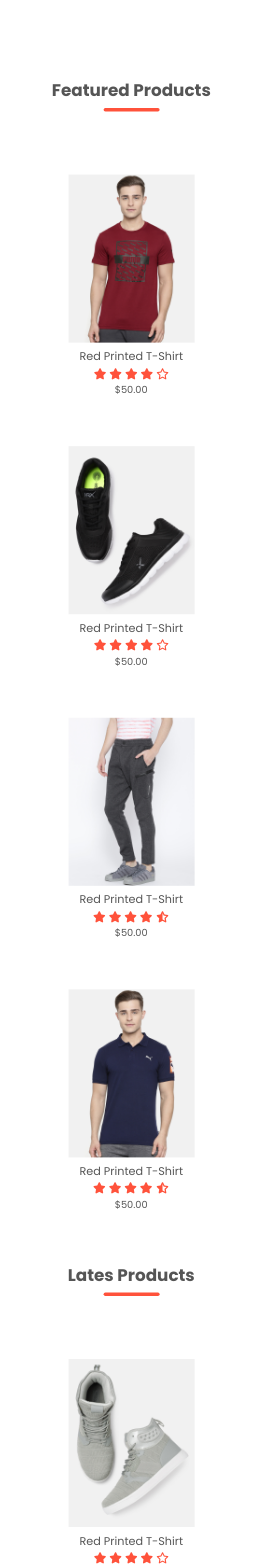
Repository: datvu1608/redsportstore
Page: index.html
An editor plug-in stored every save of this project. The page is shown before and after the next save, followed by the edit.
The browser window is 375 px wide. The pictures show the part of the page from y = 2168 to 4408 px (the page is 10574 px tall before and 12574 px after), at 70% of full size.

Above is the page before, as saved 2023-11-23 15:39:49.

### index.html
<!DOCTYPE html>
<html lang="en">
  <head>
    <meta charset="UTF-8" />
    <meta name="viewport" content="width=device-width, initial-scale=1.0" />
    <title>Restore | Ecommerce Website Design</title>
    <link
      href="https://fonts.googleapis.com/css2?family=Poppins:wght@300;400;500;600;700&display=swap"
      rel="stylesheet"
    />
    <link
      rel="stylesheet"
      href="https://cdnjs.cloudflare.com/ajax/libs/font-awesome/6.4.2/css/all.min.css"
    />
    <link rel="stylesheet" href="./styles.css" />
  </head>
  <body>
    <div class="header">
      <div class="container">
        <div class="navbar">
          <div class="logo">
            <img src="./images/logo.png" alt="" width="125px" />
          </div>
          <nav>
            <ul id="MenuItems">
              <li>
                <a href="#">Home</a>
              </li>
              <li>
                <a href="#">Products</a>
              </li>
              <li>
                <a href="#">About</a>
              </li>
              <li>
                <a href="#">Contact</a>
              </li>
              <li>
                <a href="#">Account</a>
              </li>
            </ul>
          </nav>
          <img
            src="./images/cart.png"
            width="30px"
            height="30px"
            alt="cart-icon"
          />
          <img
            src="./images/menu.png"
            class="menu-icon"
            alt=""
            onclick="menuToggle()"
          />
        </div>
        <div class="row">
          <div class="col-2">
            <h1>Give Your Workout <br />A New Style!</h1>
            <p>
              Succes isn't always about greatness. It's about consistency.
              Consistent hard work gains success. Greatness will come.
            </p>
            <a href="" class="btn">Explore Now &#8594;</a>
          </div>
          <div class="col-2">
            <img src="./images/image1.png" alt="" />
          </div>
        </div>
      </div>
    </div>
    <!-- featured categories -->
    <div class="categories">
      <div class="small-container">
        <div class="row">
          <div class="col-3">
            <img src="./images/category-1.jpg" alt="" />
          </div>
          <div class="col-3">
            <img src="./images/category-2.jpg" alt="" />
          </div>
          <div class="col-3">
            <img src="./images/category-3.jpg" alt="" />
          </div>
        </div>
      </div>
    </div>
    <!-- featured-products -->
    <div class="small-container">
      <h2 class="title">Featured Products</h2>
      <div class="row">
        <div class="col-4">
          <img src="./images/product-1.jpg" alt="" />
          <h4>Red Printed T-Shirt</h4>
          <div class="rating">
            <i class="fa-solid fa-star"></i>
            <i class="fa-solid fa-star"></i>
            <i class="fa-solid fa-star"></i>
            <i class="fa-solid fa-star"></i>
            <i class="fa-regular fa-star"></i>
          </div>
          <p>$50.00</p>
        </div>
        <div class="col-4">
          <img src="./images/product-2.jpg" alt="" />
          <h4>Red Printed T-Shirt</h4>
          <div class="rating">
            <i class="fa-solid fa-star"></i>
            <i class="fa-solid fa-star"></i>
            <i class="fa-solid fa-star"></i>
            <i class="fa-solid fa-star"></i>
            <i class="fa-regular fa-star"></i>
          </div>
          <p>$50.00</p>
        </div>
        <div class="col-4">
          <img src="./images/product-3.jpg" alt="" />
          <h4>Red Printed T-Shirt</h4>
          <div class="rating">
            <i class="fa-solid fa-star"></i>
            <i class="fa-solid fa-star"></i>
            <i class="fa-solid fa-star"></i>
            <i class="fa-solid fa-star"></i>
            <i class="fa-solid fa-star-half-stroke"></i>
          </div>
          <p>$50.00</p>
        </div>
        <div class="col-4">
          <img src="./images/product-4.jpg" alt="" />
          <h4>Red Printed T-Shirt</h4>
          <div class="rating">
            <i class="fa-solid fa-star"></i>
            <i class="fa-solid fa-star"></i>
            <i class="fa-solid fa-star"></i>
            <i class="fa-solid fa-star"></i>
            <i class="fa-solid fa-star-half-stroke"></i>
          </div>
          <p>$50.00</p>
        </div>
      </div>
      <h2 class="title">Lates Products</h2>
      <div class="row">
        <div class="col-4">
          <img src="./images/product-5.jpg" alt="" />
          <h4>Red Printed T-Shirt</h4>
          <div class="rating">
            <i class="fa-solid fa-star"></i>
            <i class="fa-solid fa-star"></i>
            <i class="fa-solid fa-star"></i>
            <i class="fa-solid fa-star"></i>
            <i class="fa-regular fa-star"></i>
          </div>
          <p>$50.00</p>
        </div>
        <div class="col-4">
          <img src="./images/product-6.jpg" alt="" />
          <h4>Red Printed T-Shirt</h4>
          <div class="rating">
            <i class="fa-solid fa-star"></i>
            <i class="fa-solid fa-star"></i>
            <i class="fa-solid fa-star"></i>
            <i class="fa-solid fa-star"></i>
            <i class="fa-regular fa-star"></i>
          </div>
          <p>$50.00</p>
        </div>
        <div class="col-4">
          <img src="./images/product-7.jpg" alt="" />
          <h4>Red Printed T-Shirt</h4>
          <div class="rating">
            <i class="fa-solid fa-star"></i>
            <i class="fa-solid fa-star"></i>
            <i class="fa-solid fa-star"></i>
            <i class="fa-solid fa-star"></i>
            <i class="fa-solid fa-star-half-stroke"></i>
          </div>
          <p>$50.00</p>
        </div>
        <div class="col-4">
          <img src="./images/product-8.jpg" alt="" />
          <h4>Red Printed T-Shirt</h4>
          <div class="rating">
            <i class="fa-solid fa-star"></i>
            <i class="fa-solid fa-star"></i>
            <i class="fa-solid fa-star"></i>
            <i class="fa-solid fa-star"></i>
            <i class="fa-solid fa-star-half-stroke"></i>
          </div>
          <p>$50.00</p>
        </div>
        <div class="col-4">
          <img src="./images/product-9.jpg" alt="" />
          <h4>Red Printed T-Shirt</h4>
          <div class="rating">
            <i class="fa-solid fa-star"></i>
            <i class="fa-solid fa-star"></i>
            <i class="fa-solid fa-star"></i>
            <i class="fa-solid fa-star"></i>
            <i class="fa-solid fa-star-half-stroke"></i>
          </div>
          <p>$50.00</p>
        </div>
        <div class="col-4">
          <img src="./images/product-10.jpg" alt="" />
          <h4>Red Printed T-Shirt</h4>
          <div class="rating">
            <i class="fa-solid fa-star"></i>
            <i class="fa-solid fa-star"></i>
            <i class="fa-solid fa-star"></i>
            <i class="fa-solid fa-star"></i>
            <i class="fa-solid fa-star-half-stroke"></i>
          </div>
          <p>$50.00</p>
        </div>
        <div class="col-4">
          <img src="./images/product-11.jpg" alt="" />
          <h4>Red Printed T-Shirt</h4>
          <div class="rating">
            <i class="fa-solid fa-star"></i>
            <i class="fa-solid fa-star"></i>
            <i class="fa-solid fa-star"></i>
            <i class="fa-solid fa-star"></i>
            <i class="fa-solid fa-star-half-stroke"></i>
          </div>
          <p>$50.00</p>
        </div>
        <div class="col-4">
          <img src="./images/product-12.jpg" alt="" />
          <h4>Red Printed T-Shirt</h4>
          <div class="rating">
            <i class="fa-solid fa-star"></i>
            <i class="fa-solid fa-star"></i>
            <i class="fa-solid fa-star"></i>
            <i class="fa-solid fa-star"></i>
            <i class="fa-solid fa-star-half-stroke"></i>
          </div>
          <p>$50.00</p>
        </div>
      </div>
    </div>
    <!-- offer -->
    <div class="offer">
      <div class="small-container">
        <div class="row">
          <div class="col-2">
            <img src="./images/exclusive.png" class="offer-img" alt="" />
          </div>
          <div class="col-2">
            <p>Exclusively Avaiable on Redstore</p>
            <h1>Smart Band 4</h1>
            <small
              >The Mi Smart Band 4 features a 39.9% larger (than Mi Band 3)
              AMOLED color full-touch display with adjustable brightness, so
              everything is clear as can be.
            </small>
            <a href="#" class="btn">Buy Now &#8594;</a>
          </div>
        </div>
      </div>
    </div>
    <!-- testimonial -->
    <div class="testimonial">
      <div class="small-container">
        <div class="row">
          <div class="col-3">
            <i class="fa-solid fa-quote-left"></i>
            <p>
              Lorem ipsum dolor sit amet, consectetur adipisicing elit. Tempore
              adipisci, temporibus harum sunt accusamus repudiandae, veritatis
              repellat ratione maiores eius id soluta. Aliquam dolor odit
              voluptas, quo labore explicabo fuga!
            </p>
            <div class="rating">
              <i class="fa-solid fa-star"></i>
              <i class="fa-solid fa-star"></i>
              <i class="fa-solid fa-star"></i>
              <i class="fa-solid fa-star"></i>
              <i class="fa-solid fa-star-half-stroke"></i>
            </div>
            <img src="./images/user-1.png" alt="" />
            <h3>Sean Park</h3>
          </div>
          <div class="col-3">
            <i class="fa-solid fa-quote-left"></i>
            <p>
              Lorem ipsum dolor sit amet, consectetur adipisicing elit. Tempore
              adipisci, temporibus harum sunt accusamus repudiandae, veritatis
              repellat ratione maiores eius id soluta. Aliquam dolor odit
              voluptas, quo labore explicabo fuga!
            </p>
            <div class="rating">
              <i class="fa-solid fa-star"></i>
              <i class="fa-solid fa-star"></i>
              <i class="fa-solid fa-star"></i>
              <i class="fa-solid fa-star"></i>
              <i class="fa-solid fa-star-half-stroke"></i>
            </div>
            <img src="./images/user-2.png" alt="" />
            <h3>Mike Smith</h3>
          </div>
          <div class="col-3">
            <i class="fa-solid fa-quote-left"></i>
            <p>
              Lorem ipsum dolor sit amet, consectetur adipisicing elit. Tempore
              adipisci, temporibus harum sunt accusamus repudiandae, veritatis
              repellat ratione maiores eius id soluta. Aliquam dolor odit
              voluptas, quo labore explicabo fuga!
            </p>
            <div class="rating">
              <i class="fa-solid fa-star"></i>
              <i class="fa-solid fa-star"></i>
              <i class="fa-solid fa-star"></i>
              <i class="fa-solid fa-star"></i>
              <i class="fa-solid fa-star-half-stroke"></i>
            </div>
            <img src="./images/user-3.png" alt="" />
            <h3>Mabel Joe</h3>
          </div>
        </div>
      </div>
    </div>
    <!-- brands -->
    <div class="brands">
      <div class="small-container">
        <div class="row">
          <div class="col-5">
            <img src="./images/logo-godrej.png" alt="" />
          </div>
          <div class="col-5">
            <img src="./images/logo-oppo.png" alt="" />
          </div>
          <div class="col-5">
            <img src="./images/logo-coca-cola.png" alt="" />
          </div>
          <div class="col-5">
            <img src="./images/logo-paypal.png" alt="" />
          </div>
          <div class="col-5">
            <img src="./images/logo-philips.png" alt="" />
          </div>
        </div>
      </div>
    </div>
    <!-- footer -->
    <div class="footer">
      <div class="container">
        <div class="row">
          <div class="footer-col-1">
            <h3>Download Our App</h3>
            <p>Download App for Android for iOS mobile phone</p>
            <div class="app-logo">
              <img src="./images/play-store.png" alt="" />
              <img src="./images/app-store.png" alt="" />
            </div>
          </div>
          <div class="footer-col-2">
            <img src="./images/logo-white.png" alt="" />
            <p>
              Our purpose is to sustainably make the pleasure and benefits offer
              sports accessible to the many
            </p>
          </div>
          <div class="footer-col-3">
            <h3>Usefull Links</h3>
            <ul>
              <li>Coupons</li>
              <li>Blog Post</li>
              <li>Return Policy</li>
              <li>Join Affiliate</li>
            </ul>
          </div>
          <div class="footer-col-4">
            <h3>Follow Us</h3>
            <ul>
              <li>Facebook</li>
              <li>Twitter</li>
              <li>Instagram</li>
              <li>Youtube</li>
            </ul>
          </div>
        </div>
        <hr />
        <p class="copyright">Copy right 2023 - Easy Tutorials</p>
      </div>
    </div>

    <!-- scripts -->
    <script>
      var MenuItems = document.getElementById('MenuItems');
      MenuItems.style.maxHeight = '0px';
      function menuToggle() {
        if (MenuItems.style.maxHeight == '0px') {
          MenuItems.style.maxHeight = '200px';
        } else {
          MenuItems.style.maxHeight = '0px';
        }
      }
    </script>
  </body>
</html>

### styles.css
* {
  margin: 0;
  padding: 0;
  box-sizing: border-box;
}
body {
  font-family: 'Poppins', sans-serif;
}
a {
  text-decoration: none;
}
.navbar {
  display: flex;
  align-items: center;
  padding: 20px;
}
nav {
  flex: 1;
  text-align: right;
}
nav ul {
  display: inline-block;
  list-style-type: none;
}
nav ul li {
  display: inline-block;
  margin-right: 20px;
}
nav ul li a {
  text-decoration: none;
  color: #555;
}

p {
  color: #555;
}
.container {
  max-width: 1300px;
  margin: auto;
  padding-left: 25px;
  padding-right: 25px;
}
.row {
  display: flex;
  align-items: center;
  flex-wrap: wrap;
  justify-content: space-around;
}
.col-2 {
  flex-basis: 50%;
  min-width: 300px;
}
.col-2 img {
  max-width: 100%;
  padding: 50px 0;
}
.col-2 h1 {
  font-size: 50px;
  line-height: 60px;
  margin: 25px 0;
}
.btn {
  display: inline-block;
  background: #ff523b;
  border-radius: 30px;
  color: #fff;
  padding: 8px 30px;
  margin: 30px 0;
  transition: 0.5s;
}
.btn:hover {
  background: #563434;
}
.header {
  background: radial-gradient(#fff, #ffd6d6);
}
.header .row {
  margin-top: 70px;
}

.categories {
  margin: 70px 0;
}
.col-3 {
  flex-basis: 30%;
  min-width: 250px;
  margin-bottom: 30px;
}
.col-3 img {
  width: 100%;
}
.small-container {
  max-width: 1080px;
  margin: auto;
  padding-left: 25px;
  padding-right: 25px;
}
.col-4 {
  flex-basis: 25%;
  padding: 10px;
  min-width: 200px;
  margin-bottom: 50px;
  transition: 0.5s;
}
.col-4 img {
  width: 100%;
}

.title {
  text-align: center;
  margin: 0 auto 80px;
  position: relative;
  line-height: 60px;
  color: #555;
}
.title::after {
  content: '';
  background: #ff523b;
  width: 80px;
  height: 5px;
  position: absolute;
  border-radius: 5px;
  bottom: 0;
  left: 50%;
  transform: translateX(-50%);
}
h4 {
  color: #555;
  font-weight: normal;
}
.col-4 p {
  font-size: 14px;
}
.rating .fa-star,
.fa-star-half-stroke {
  color: #ff523b;
}

.col-4:hover {
  transform: translateY(-10px);
}
.offer {
  background: radial-gradient(#fff, #ffd6d6);
  margin-top: 80px;
  padding: 30px 0;
}
.col-2 .offer-img {
  padding: 50px;
}
small {
  color: #555;
  display: block;
}

/* Testimonial */
.testimonial {
  padding-top: 100px;
}
.testimonial .col-3 {
  text-align: center;
  padding: 40px 20px;
  box-shadow: 0 0 20px 0px rgba(0, 0, 0, 0.1);
  cursor: pointer;
  transition: transform 0.5s;
}
.testimonial .col-3 img {
  width: 50px;
  margin-top: 20px;
  border-radius: 50%;
}
.testimonial .col-3:hover {
  transform: translateY(-10px);
}
.fa-solid.fa-quote-left {
  font-size: 34px;
  color: #ff523b;
}
.col-3 p {
  font-size: 12px;
  margin: 12px 0;
  color: #777;
}
.testimonial .col-3 h3 {
  font-weight: 600;
  color: #555;
  font-size: 16px;
}
/* brands */
.brands {
  margin: 100px auto;
}
.col-5 {
  width: 160px;
}
.col-5 img {
  width: 100%;
  cursor: pointer;
  filter: grayscale(100%);
}
.col-5 img:hover {
  filter: grayscale(0);
}

/* footer */
.footer {
  background: #000;
  color: #8a8a8a;
  font-size: 14px;
  padding: 60px 0 20px;
}
.footer p {
  color: #8a8a8a;
}
.footer h3 {
  color: #fff;
  margin-bottom: 20px;
}
.footer-col-1,
.footer-col-2,
.footer-col-3,
.footer-col-4 {
  min-width: 250px;
  margin-bottom: 20px;
}
.footer-col-1 {
  flex-basis: 30%;
}
.footer-col-2 {
  flex: 1;
  text-align: center;
}
.footer-col-2 img {
  width: 180px;
  margin-bottom: 20px;
}
.footer-col-3,
.footer-col-4 {
  flex-basis: 12%;
  text-align: center;
}
ul {
  list-style-type: none;
}
.app-logo {
  margin-top: 20px;
}
.app-logo img {
  width: 140px;
}
.footer hr {
  border: none;
  background: #b5b5b5;
  height: 1px;
  margin: 20px 0;
}
.copyright {
  text-align: center;
}
.menu-icon {
  width: 28px;
  margin-left: 20px;
  display: none;
}

/* media query for menu */
@media only screen and (max-width: 800px) {
  nav ul {
    position: absolute;
    top: 70px;
    left: 0;
    background: #333;
    width: 100%;
    overflow: hidden;
    transition: max-height 0.5s;
  }
  nav ul li {
    display: block;
    margin-right: 50px;
    margin-top: 10px;
    margin-bottom: 10px;
  }
  nav ul li a {
    color: #fff;
  }
  .menu-icon {
    display: block;
    cursor: pointer;
  }
}
@media only screen and (max-width: 600px) {
  .row {
    text-align: center;
  }
  .col-2,
  .col-3 {
    flex-basis: 100%;
  }
}

After the next save:
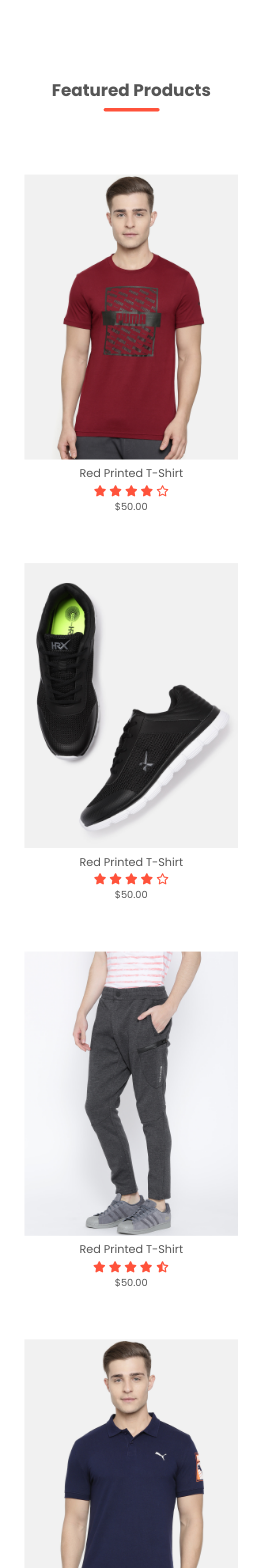
Saved 9 s later.
--- a/styles.css
+++ b/styles.css
@@ -292,7 +292,8 @@
     text-align: center;
   }
   .col-2,
-  .col-3 {
+  .col-3,
+  .col-4 {
     flex-basis: 100%;
   }
 }
